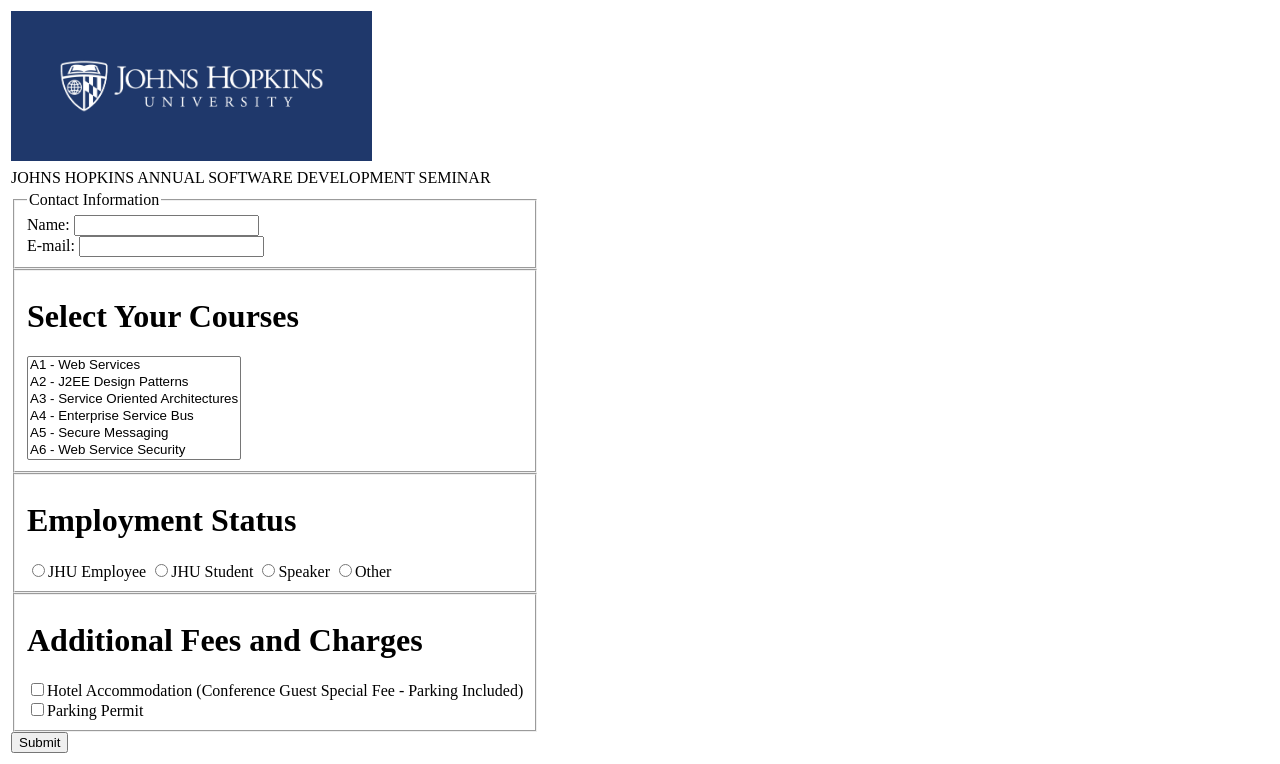
Repository: justinjwk/eclipse-workspace
Page: Homework2/WebContent/index.html
The author's editor kept a copy of each file at every save. The page is drawn from the files as they stood at one save, then again after the next save.
The browser window is 1280 px wide. The pictures show the whole page.

Above is the page before, as saved 2019-06-12 02:43:53.

After the next save:
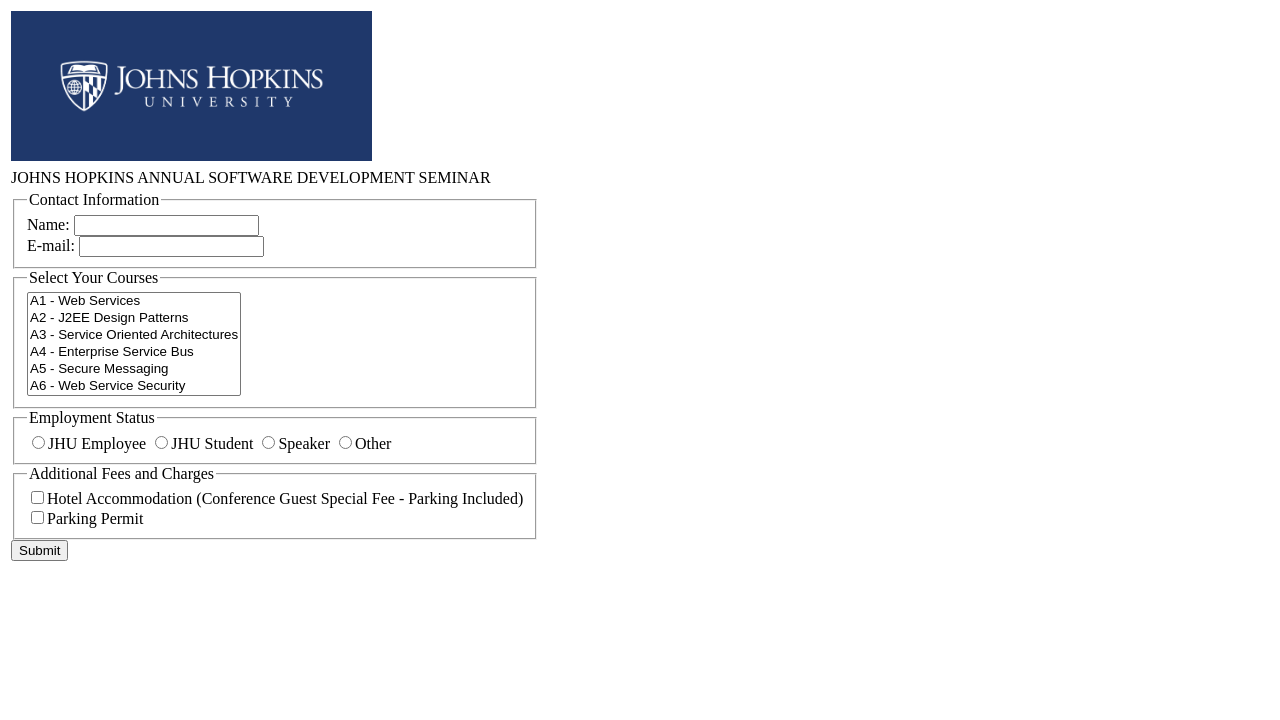
Saved 35 s later.
--- a/Homework2/WebContent/index.html
+++ b/Homework2/WebContent/index.html
@@ -23,7 +23,7 @@
 					</fieldset>
 
 					<fieldset>
-						<h1>Select Your Courses</h1>
+						<legend>Select Your Courses</legend>
 						<select name="course" size="6" multiple required>
 							<option value="A1">A1 - Web Services</option>
 							<option value="A2">A2 - J2EE Design Patterns</option>
@@ -35,7 +35,7 @@
 					</fieldset>
 
 					<fieldset>
-						<h1>Employment Status</h1>
+						<legend>Employment Status</legend>
 						<input type="radio" name="employmentstatus" value="employee"
 							required>JHU Employee <input type="radio"
 							name="employmentstatus" value="student">JHU Student <input
@@ -44,7 +44,7 @@
 					</fieldset>
 
 					<fieldset>
-						<h1>Additional Fees and Charges</h1>
+						<legend>Additional Fees and Charges</legend>
 						<input type="checkbox" name="hotel">Hotel Accommodation
 						(Conference Guest Special Fee - Parking Included)<br> <input
 							type="checkbox" name="parking">Parking Permit
